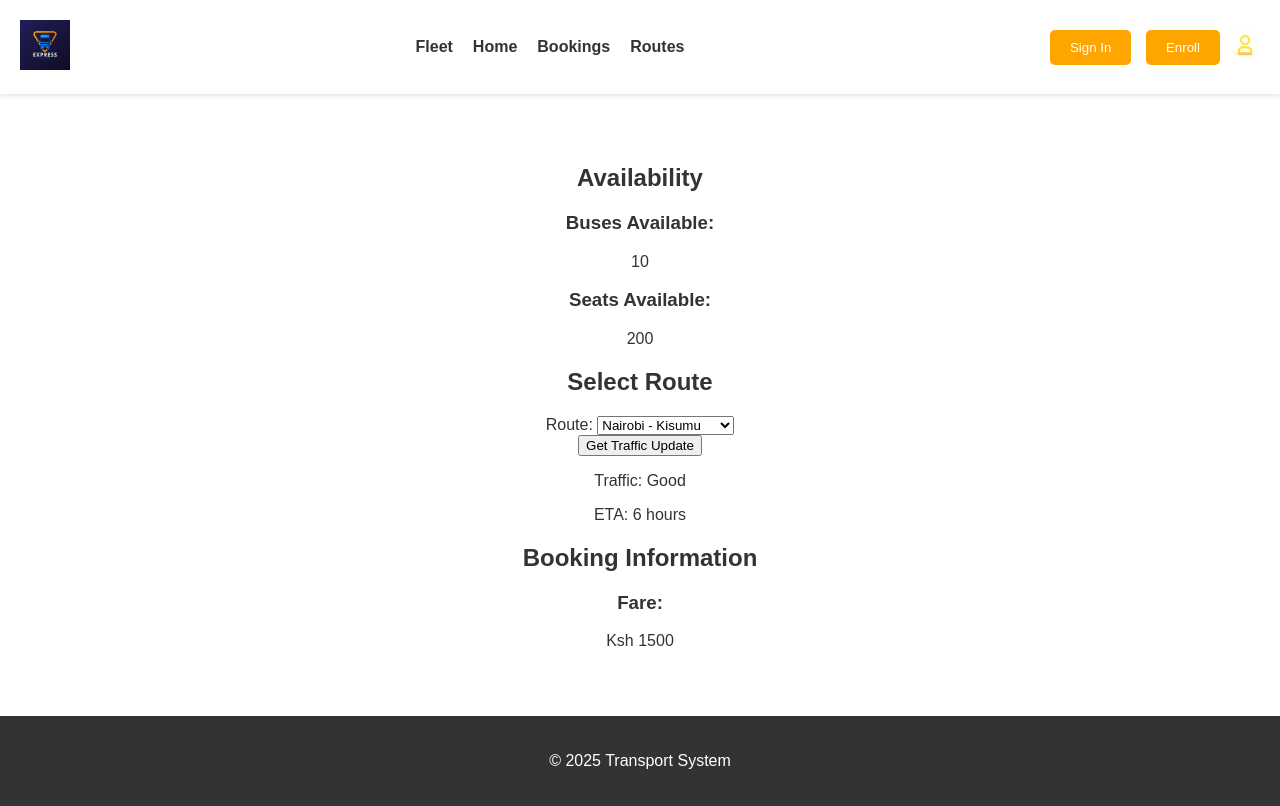
Repository: Ndegwa2/Smart-Transport-System
Page: client/booking.html
The author's editor kept a copy of each file at every save. The page is drawn from the files as they stood at one save, then again after the next save.
The browser window is 1280 px wide. The pictures show the whole page.

Above is the page before, as saved 2025-04-01 21:08:48.
Console error: TypeError: Cannot set properties of null (setting 'innerHTML')

After the next save:
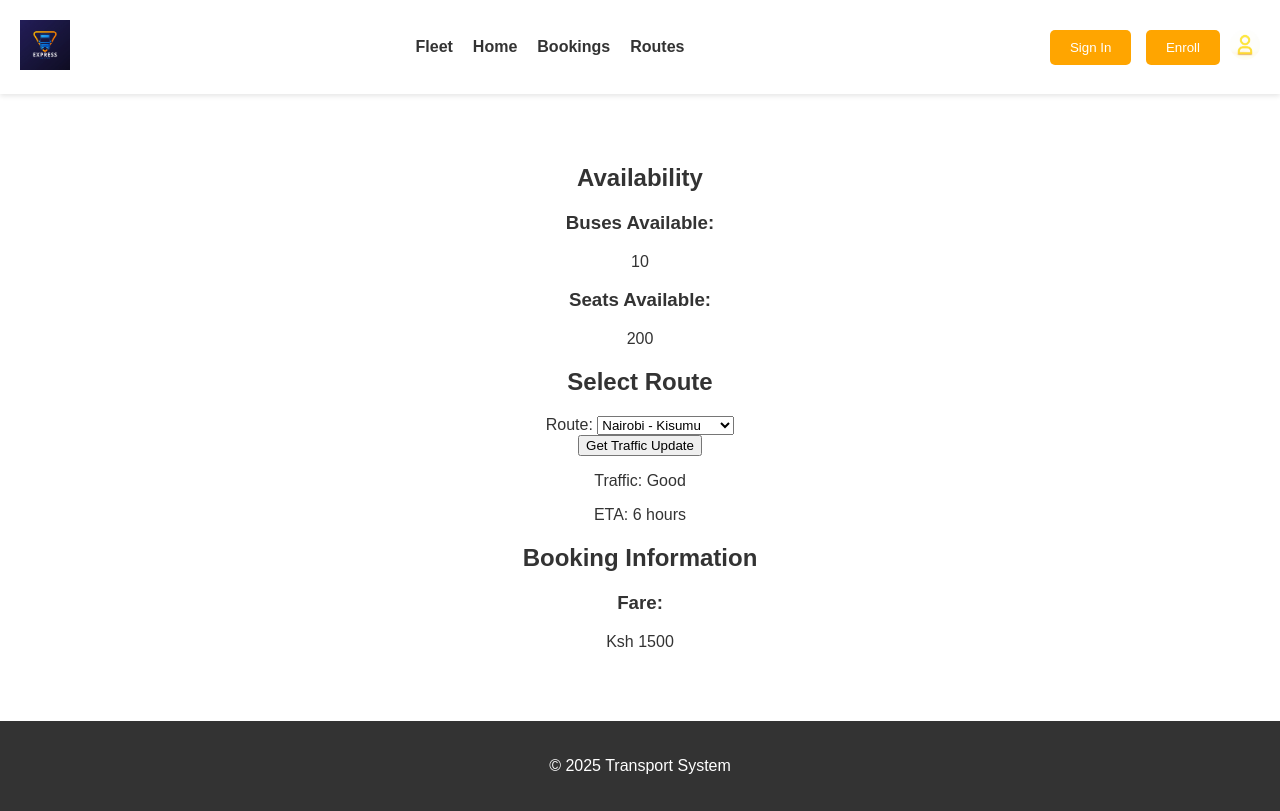
Saved 87 s later.
--- a/client/styles.css
+++ b/client/styles.css
@@ -188,3 +188,28 @@ footer {
     margin-top: 5px;
     font-weight: bold;
 }
+
+.booking-page header {
+    background-color: #fff;
+    padding: 20px;
+    display: flex;
+    justify-content: space-between;
+    align-items: center;
+    box-shadow: 0 2px 5px rgba(0, 0, 0, 0.1);
+}
+
+.booking-page main {
+    padding: 50px;
+    text-align: center;
+}
+
+.booking-page section {
+    margin-bottom: 20px;
+}
+
+.booking-page footer {
+    background-color: #333;
+    color: #fff;
+    text-align: center;
+    padding: 20px;
+}
